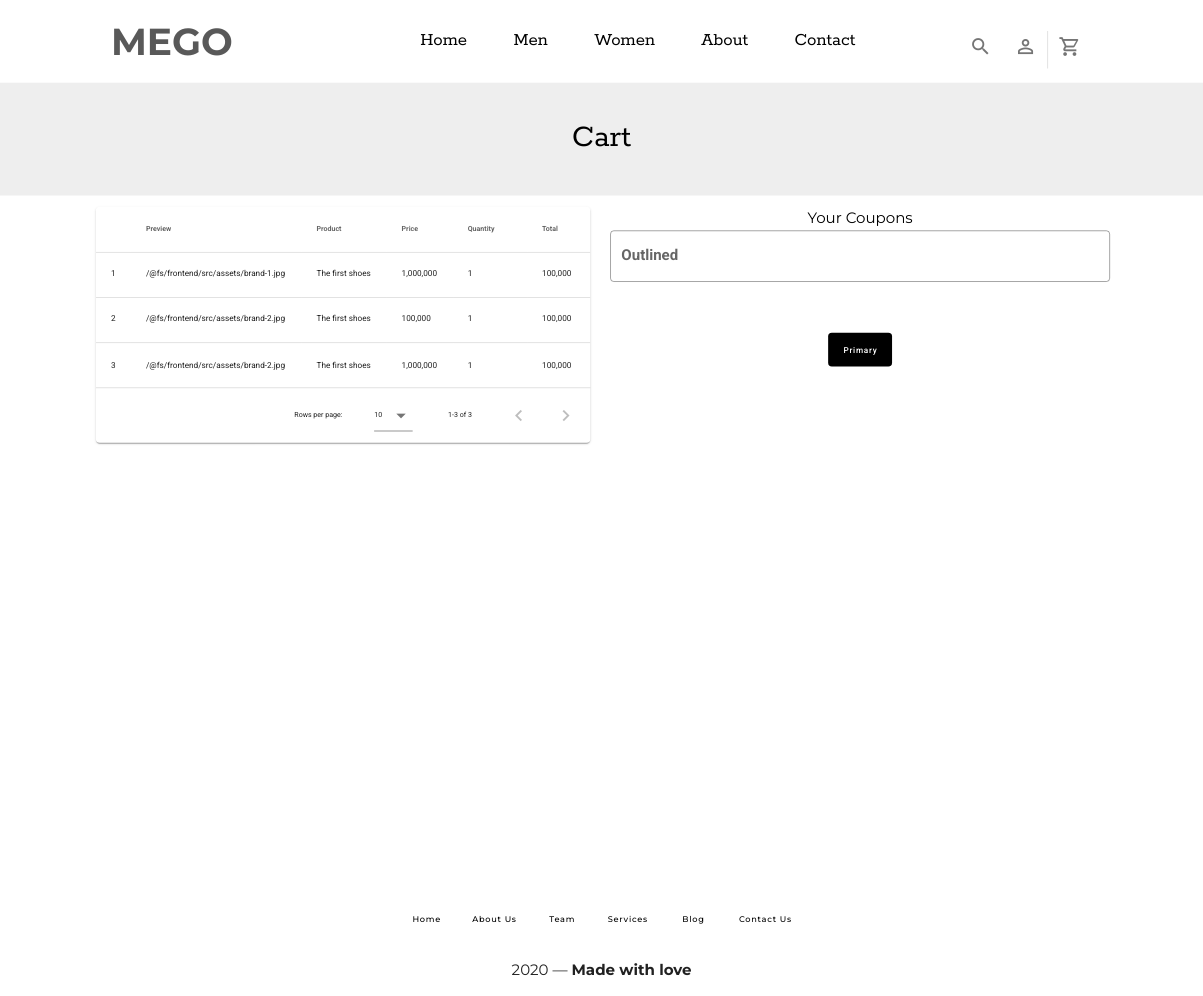
Repository: nguyenphuong152/mego-frontend
Page: /cart (app in frontend/)
The author's editor kept a copy of each file at every save. The page is drawn from the files as they stood at one save, then again after the next save.
The browser window is 1280 px wide. The pictures show the whole page, at 94% of full size.
The project was rebuilt for these pictures with package versions that can differ from the ones it lists, and the page was loaded fresh each time. Also part of the build but not shown: frontend/vue.config.js, frontend/src/components/Customer/Collection.vue, frontend/src/components/Customer/Banner.vue, frontend/src/components/Customer/BestSeller.vue, frontend/src/components/Customer/Partner.vue, frontend/src/views/Customer/Home.vue, frontend/src/components/Customer/ProductCategory.vue, frontend/src/components/Customer/ProductView.vue and 10 more. Imported but missing from the stored project, and not drawn on this page: frontend/src/views/Admin/Category.vue, frontend/src/views/Admin/ManageProduct.vue, frontend/src/views/Admin/ManageUser.vue, frontend/src/views/Admin/OrderList.vue.

Above is the page before, as saved 2020-11-28 09:34:21.

After the next save:
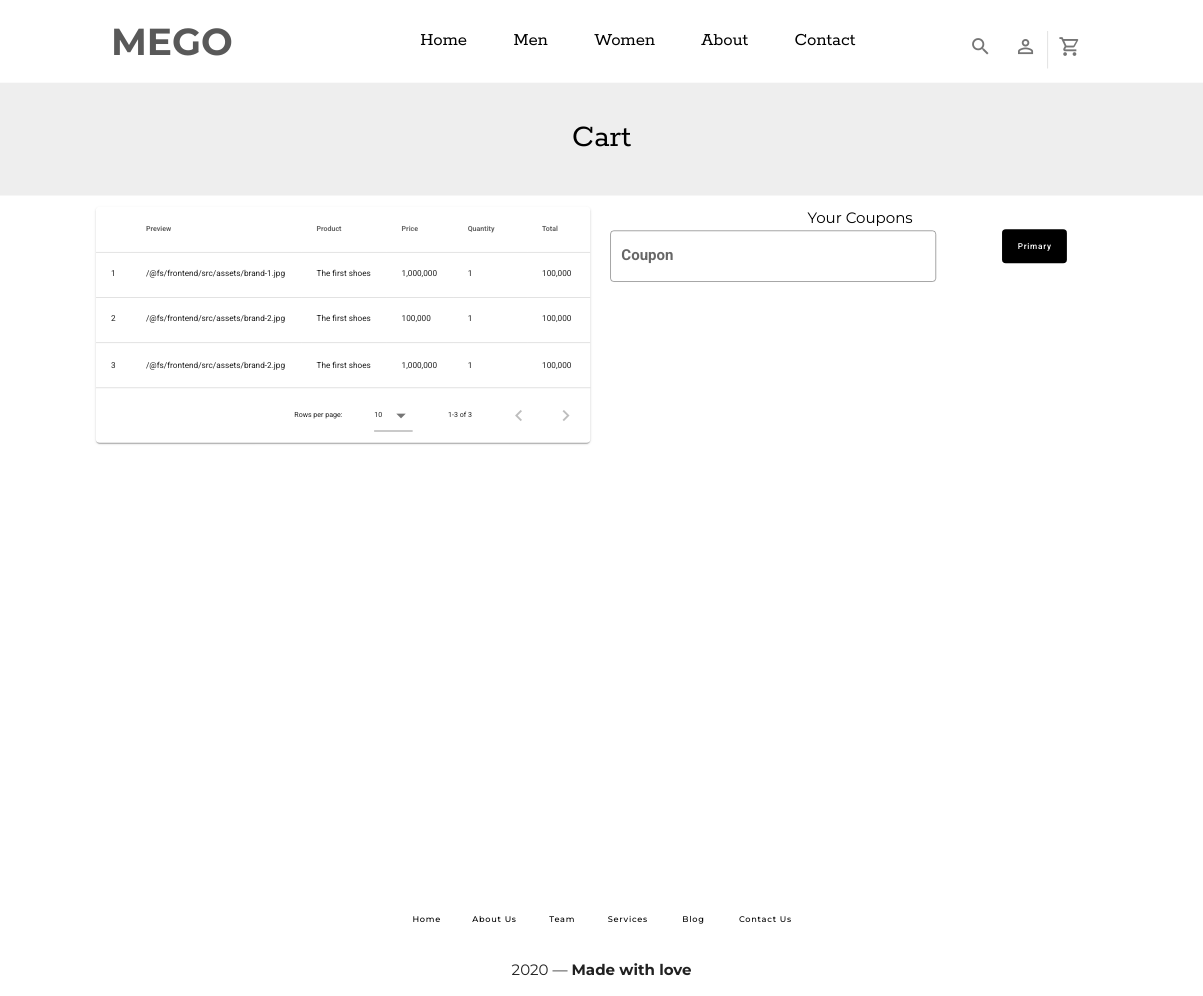
Saved 2 min 27 s later.
--- a/frontend/src/components/Customer/AddCoupon.vue
+++ b/frontend/src/components/Customer/AddCoupon.vue
@@ -3,10 +3,10 @@
       <a class="admin">Your Coupons</a>
       <v-row>
            <v-col
-          cols="12"
+          cols="8"
         >
           <v-text-field
-            label="Outlined"
+            label="Coupon"
             outlined
           ></v-text-field>
         </v-col>
